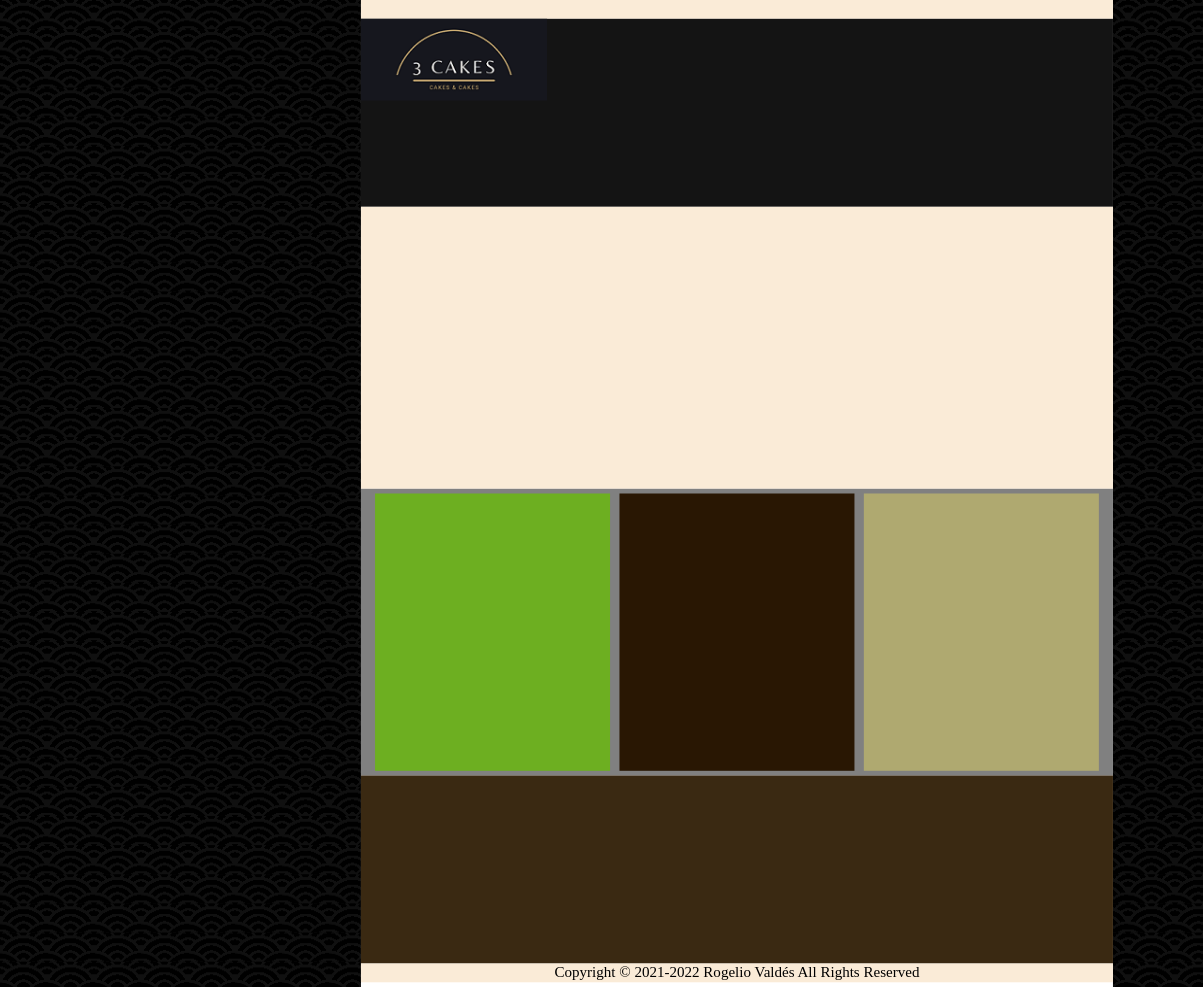
Repository: roge64/htmlfrontend
Page: index.html
These files come from the project's save history. The page is drawn as it stood at one moment and after the next save; the edit follows.
The browser window is 1280 px wide. The pictures show the whole page, at 94% of full size.

Above is the page before, as saved 2022-03-02 16:30:18.

### index.html
<!DOCTYPE html>
<html lang="en">
<head>
    <meta charset="UTF-8">
    <meta http-equiv="X-UA-Compatible" content="IE=edge">
    <meta name="viewport" content="width=device-width, initial-scale=1.0">
    <title>3 Cakes</title>
    <link rel="stylesheet" href="estilos/estilos.css">
</head>

<body>

    <section id="container">

        <header>

        </header>

        <section id="banner">
            <h1> <a href="index.html"><img src="/img/logo.png" alt="logo.png"></a> </h1>

        </section>

        <section id="noticias">


        </section>

        <section id="tienda">
            <article id="cake1"></article>
            <article id="cake2"></article>
            <article id="cake3"></article>

        </section>

        <section id="marcas">

        </section>

        <footer>
            <p> Copyright &copy; 2021-<script>document.write(new Date().getFullYear())</script> Rogelio Valdés All Rights Reserved</p>
        </footer>

    </section>

</body>

</html>

### estilos/estilos.css
*{
    border: 0 ;
    margin: 0 ;
    padding: 0;
}

body{
    background-color: rgb(0, 0, 0);
    width:40%;
    margin-left:auto;
    margin-right:auto;
    background-color:black;
background-image:
radial-gradient(circle at 100% 150%, black 24%, #101010 24%, #101010 28%, black 28%, black 36%, #101010 36%, #101010 40%, transparent 40%, transparent),
radial-gradient(circle at 0    150%, black 24%, #101010 24%, #101010 28%, black 28%, black 35%, #101010 36%, #101010 40%, transparent 40%, transparent),
radial-gradient(circle at 50%  100%, #101010 10%, black 10%, black 23%, #101010 23%, #101010 30%, black 30%, black 43%, #101010 43%, #101010 50%, black 50%, black 63%, #101010 63%, #101010 71%, transparent 71%, transparent),
radial-gradient(circle at 100% 50%, #101010 5%, black 5%, black 15%, #101010 15%, #101010 20%, black 20%, black 29%, #101010 29%, #101010 34%, black 34%, black 44%, #101010 44%, #101010 49%, transparent 49%, transparent),
radial-gradient(circle at 0    50%, #101010 5%, black 5%, black 15%, #101010 15%, #101010 20%, black 20%, black 29%, #101010 29%, #101010 34%, black 34%, black 44%, #101010 44%, #101010 48%, transparent 49%, transparent);
background-size: 50px 31px;
/*     background-image: url("/img/papyrus-dark.png"); */
}

#container, header, #banner, #noticias, #tienda, footer{
    background-color:rgb(255, 255, 255);
    height: 1050px;
    width: 800px;

}

header{
    background-color:antiquewhite;

    height: 20px;

}

#banner{
    background-color:rgb(20, 20, 20) ;

    height: 200px;
}


#noticias{
    background-color: antiquewhite;

    height: 300px;
}

#tienda{
    background-color: grey;
    height: 300px;
    width: 780px;
    padding-left: 10px;
    padding-right: 10px;
    padding-top: 5px;
    text-align: center;
}

#marcas{
    background-color:rgb(58, 41, 18);
    height: 200px;
}


footer{
    background-color:antiquewhite;
    text-align: center;
    height: 20px;
}

#tienda #cake1{
    background: rgb(109, 175, 33);
    width: 250px;
    height: 295px;
    display: inline-block;
    vertical-align: top;
    margin: 0px 3px;
}

#tienda #cake2{
    background: rgb(41, 23, 3);
    width: 250px;
    height: 295px;
    display: inline-block;
    vertical-align: top;
    margin: 0px 3px;
}

#tienda #cake3{
    background: rgb(175, 169, 112);
    width: 250px;
    height: 295px;
    display: inline-block;
    vertical-align: top;
    margin: 0px 3px;
}

After the next save:
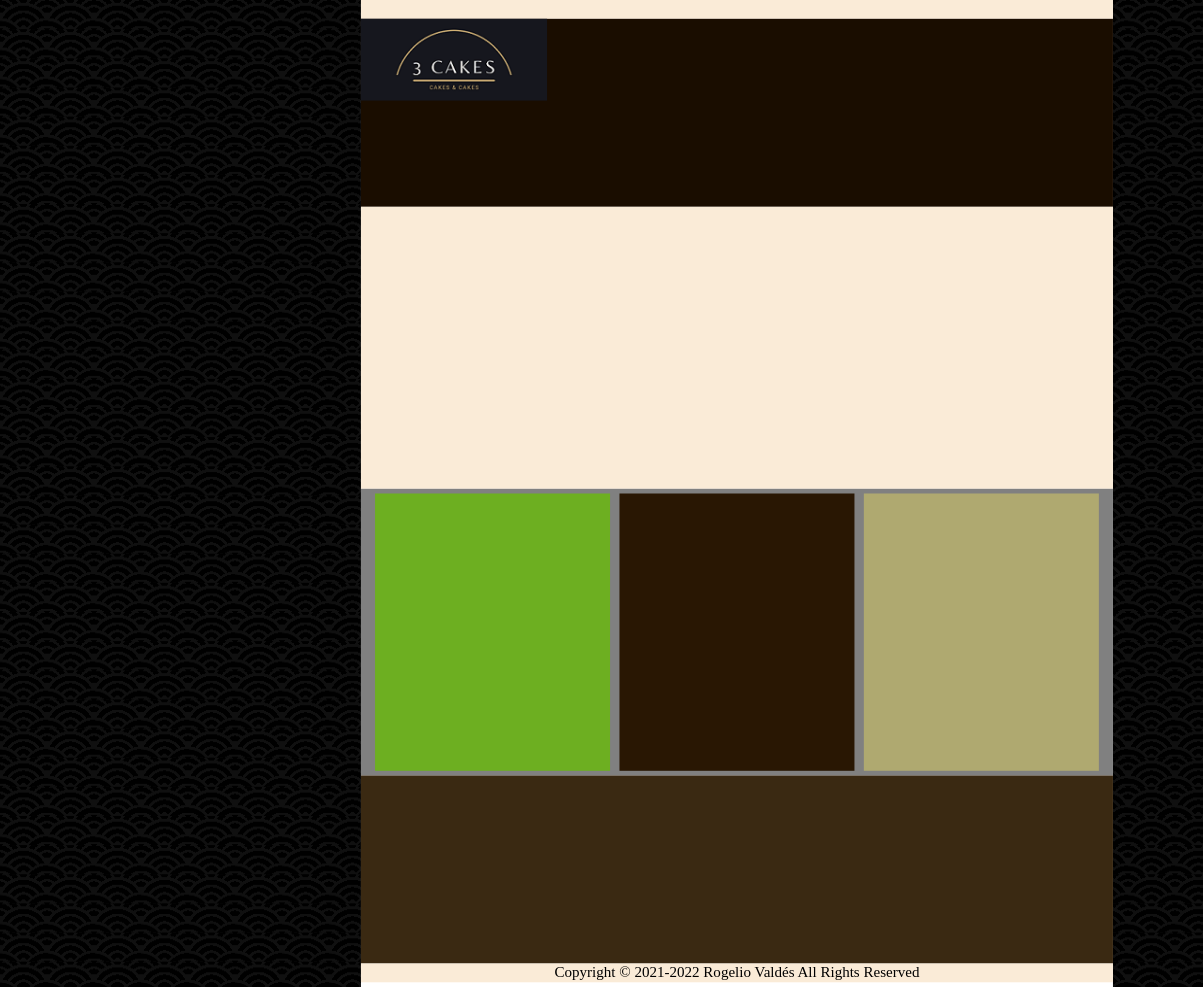
Saved 65 s later.
--- a/estilos/estilos.css
+++ b/estilos/estilos.css
@@ -35,7 +35,7 @@
 }
 
 #banner{
-    background-color:rgb(20, 20, 20) ;
+    background-color:rgb(26, 13, 00) ;
 
     height: 200px;
 }

After the save that followed:
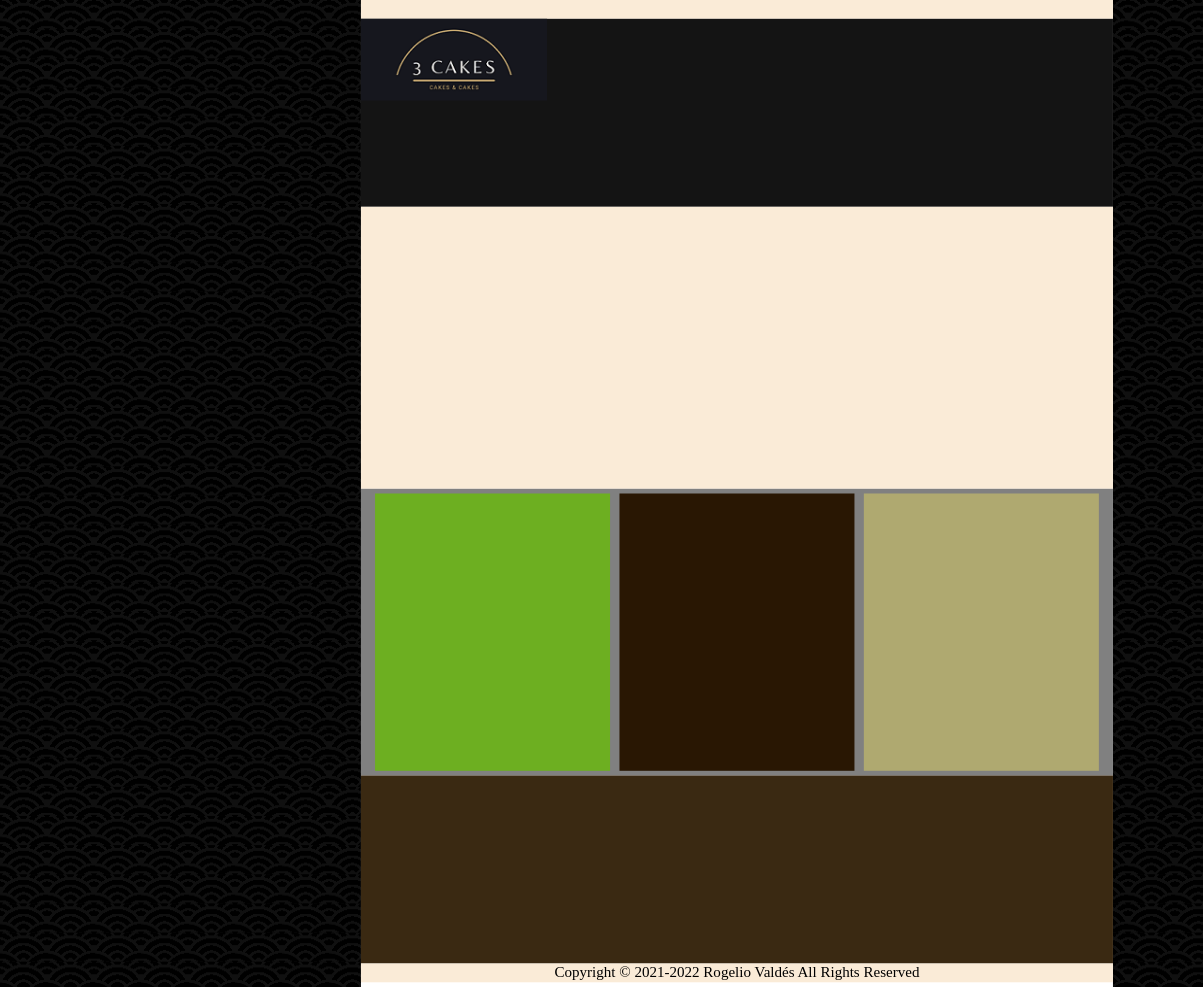
Saved 16 s later.
--- a/estilos/estilos.css
+++ b/estilos/estilos.css
@@ -35,7 +35,7 @@
 }
 
 #banner{
-    background-color:rgb(26, 13, 00) ;
+    background-color:rgb(20, 20, 20) ;
 
     height: 200px;
 }
